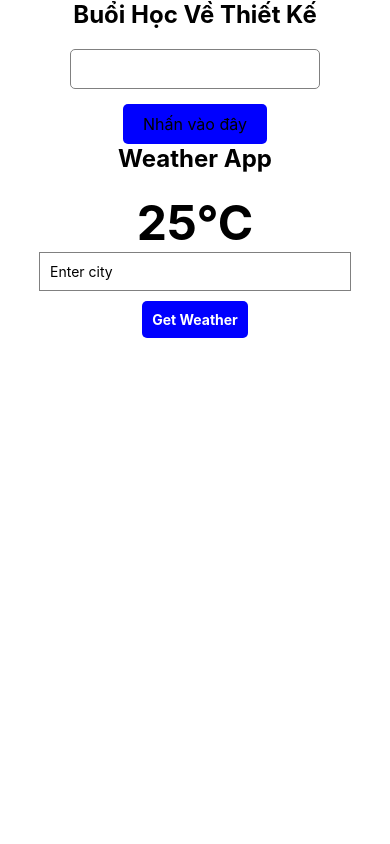
Repository: vanh1604/ExerciseReactNative
Screen: /
The author's editor kept a copy of each file at every save. The screen is drawn from the files as they stood at one save, then again after the next save.
The app was drawn by React Native's web renderer in a window 390 px wide. The project was rebuilt for these pictures with package versions that can differ from the ones it lists, and the page was loaded fresh each time. Also part of the build but not shown: components/Caption.js.

Above is the screen before, as saved 2023-09-09 10:31:44.

After the next save:
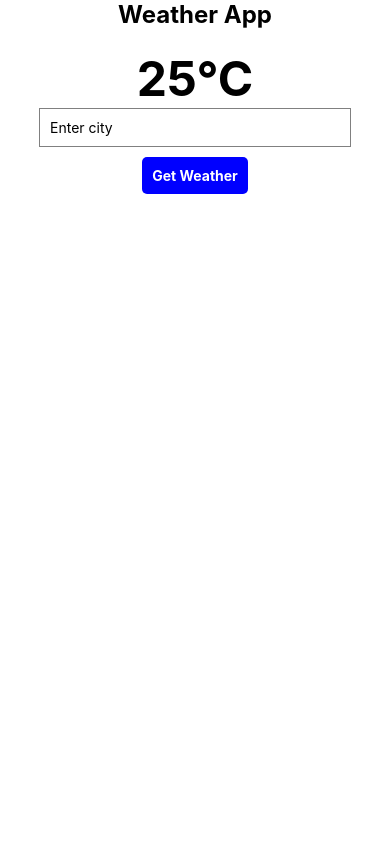
Saved 4 s later.
--- a/App.js
+++ b/App.js
@@ -6,7 +6,6 @@ import WeatherApp from "./components/WeatherApp";
 export default function App() {
   return (
     <SafeAreaView>
-      <LessonDesign />
       <WeatherApp></WeatherApp>
     </SafeAreaView>
   );
